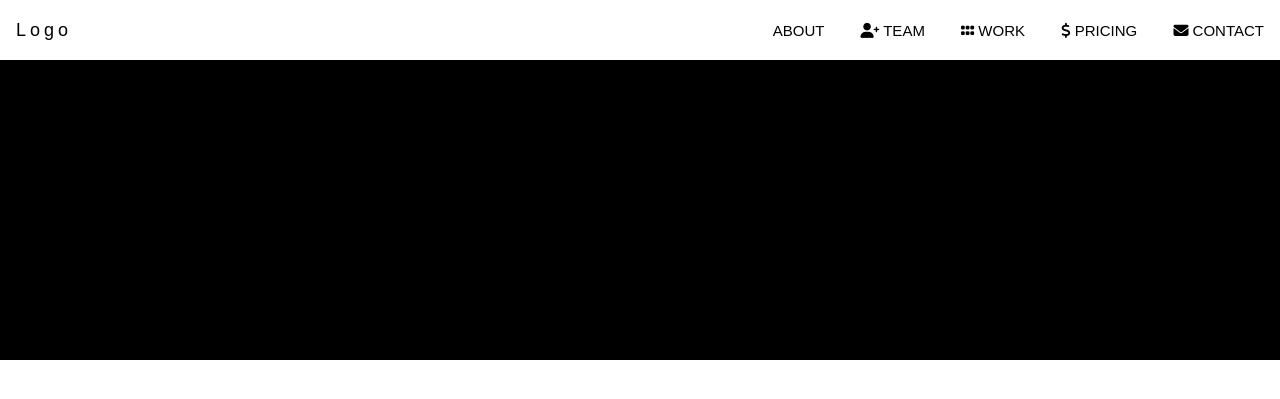
Repository: husterDC/Test
Page: index.html
The author's editor kept a copy of each file at every save. The page is drawn from the files as they stood at one save, then again after the next save.
The browser window is 1280 px wide. The pictures show the whole page.

Above is the page before, as saved 2022-10-12 17:05:12.

### index.html
<!DOCTYPE html>
<html lang="en">
<head>
    <meta charset="UTF-8">
    <meta http-equiv="X-UA-Compatible" content="IE=edge">
    <meta name="viewport" content="width=device-width, initial-scale=1.0">
    <title>Document</title>
    <link rel="stylesheet" href="./assets/style.css">
    <link rel="stylesheet" href="./assets/css/responsive.css">
    <link rel="stylesheet" href="./fonts/themify-icons/themify-icons.css">
    <link rel="stylesheet" href="./assets/fontawesome-free-6.1.1-web/css/all.min.css">
</head>
</head>
<body>
    <div class="header">
        <div class="header_logo">
            <a href="" class="header_logo-link">Logo</a>
        </div>
        <div class="header_nav">
            <ul class="header_nav-menu">
                <li class="header_nav-item">

                    <a href="" class="header_nav-link">ABOUT</a>
                </li>
                <li class="header_nav-item">
                    <a href="" class="header_nav-link">
                        <i class="header_nav-icon header-nav_icon fa-solid fa-user-plus"></i>
                        TEAM
                    </a>
                </li>
                <li class="header_nav-item">
                    <a href="" class="header_nav-link">
                        <i class="fa-solid fa-grip"></i>
                        WORK
                    </a>
                </li>
                <li class="header_nav-item">
                    <a href="" class="header_nav-link">
                        <i class="header_nav-icon fa-solid fa-dollar-sign"></i>
                        PRICING
                    </a>
                </li>
                <li class="header_nav-item">
                    <a href="" class="header_nav-link">
                        <i class="header_nav-icon fa-solid fa-envelope"></i>
                        CONTACT
                    </a>
                </li>
            </ul>
        </div>
    </div>
    <div class="slider">

    </div>
</body>
</html>

### assets/style.css
* {
    padding: 0;
    margin: 0;
    box-sizing: border-box;
}
html {

    scroll-behavior: smooth;
    font-family: Arial, Helvetica, sans-serif;
}
.white-text {
    color: #fff;
}
.clear {
    clear: both;
}
.header {
    height: 60px;
    width: 100%;
    font-size: 15px;
    background-color: #fff;
    display: flex;
    align-items: center;
}
.header_logo {
    flex: 1;
    font-size: 18px;
    letter-spacing: 4px;
    padding: 22px 16px;
}
.header_nav-item {
    display: inline-block;
    padding: 22px 16px;
    text-align: center;

}
.header_logo-link,
.header_nav-link {
    text-decoration: none;
    color: #000;
}
.slider {
    height: 300px;
    width: 100%;
    background-color: #000;
}

Loaded but not shown: fonts/themify-icons/themify-icons.css (common file); assets/fontawesome-free-6.1.1-web/css/all.min.css (library); assets/responsive.css (no copy from this time; the picture is the same without it)

After the next save:
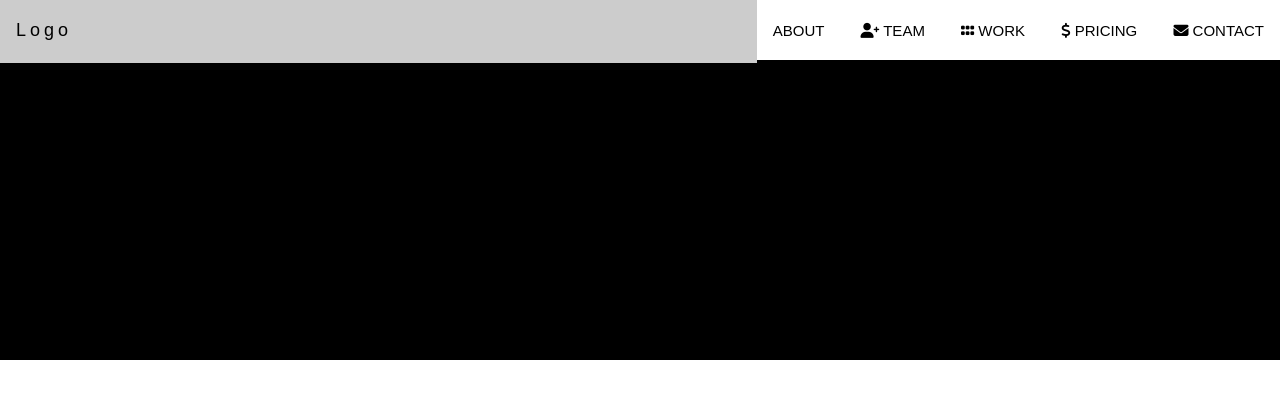
Saved 2 min 28 s later.
--- a/assets/style.css
+++ b/assets/style.css
@@ -39,6 +39,10 @@
     text-decoration: none;
     color: #000;
 }
+.header_logo,
+.header_nav-item:hover {
+    background-color: #ccc;
+}
 .slider {
     height: 300px;
     width: 100%;
